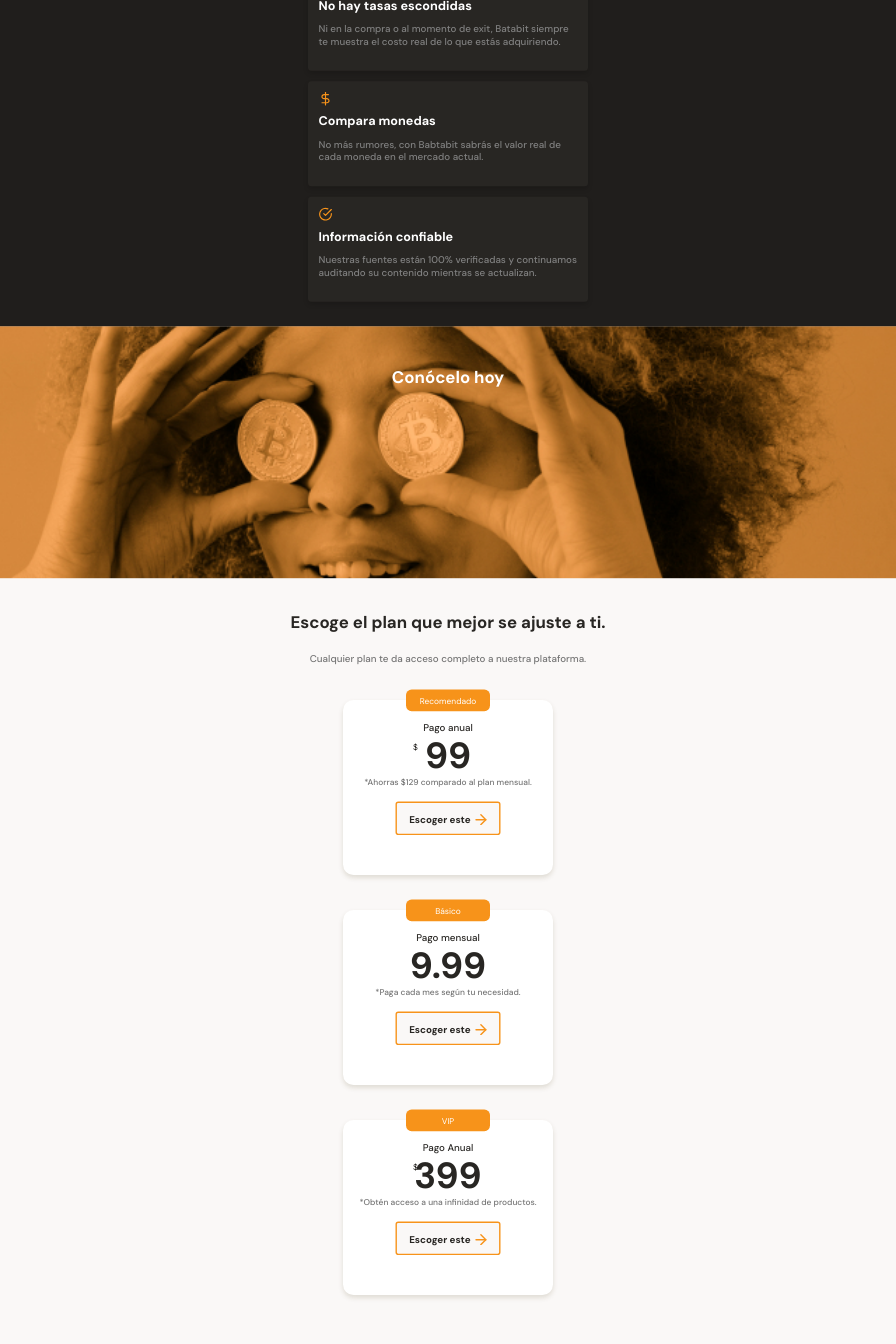
Repository: ChristianGecchelin/spa-full-css-html
Page: index.html
The author's editor kept a copy of each file at every save. The page is drawn from the files as they stood at one save, then again after the next save.
The browser window is 1280 px wide. The pictures show the part of the page from y = 1860 to 3780 px (the page is 3780 px tall), at 70% of full size.

Above is the page before, as saved 2021-11-29 22:22:34.

After the next save:
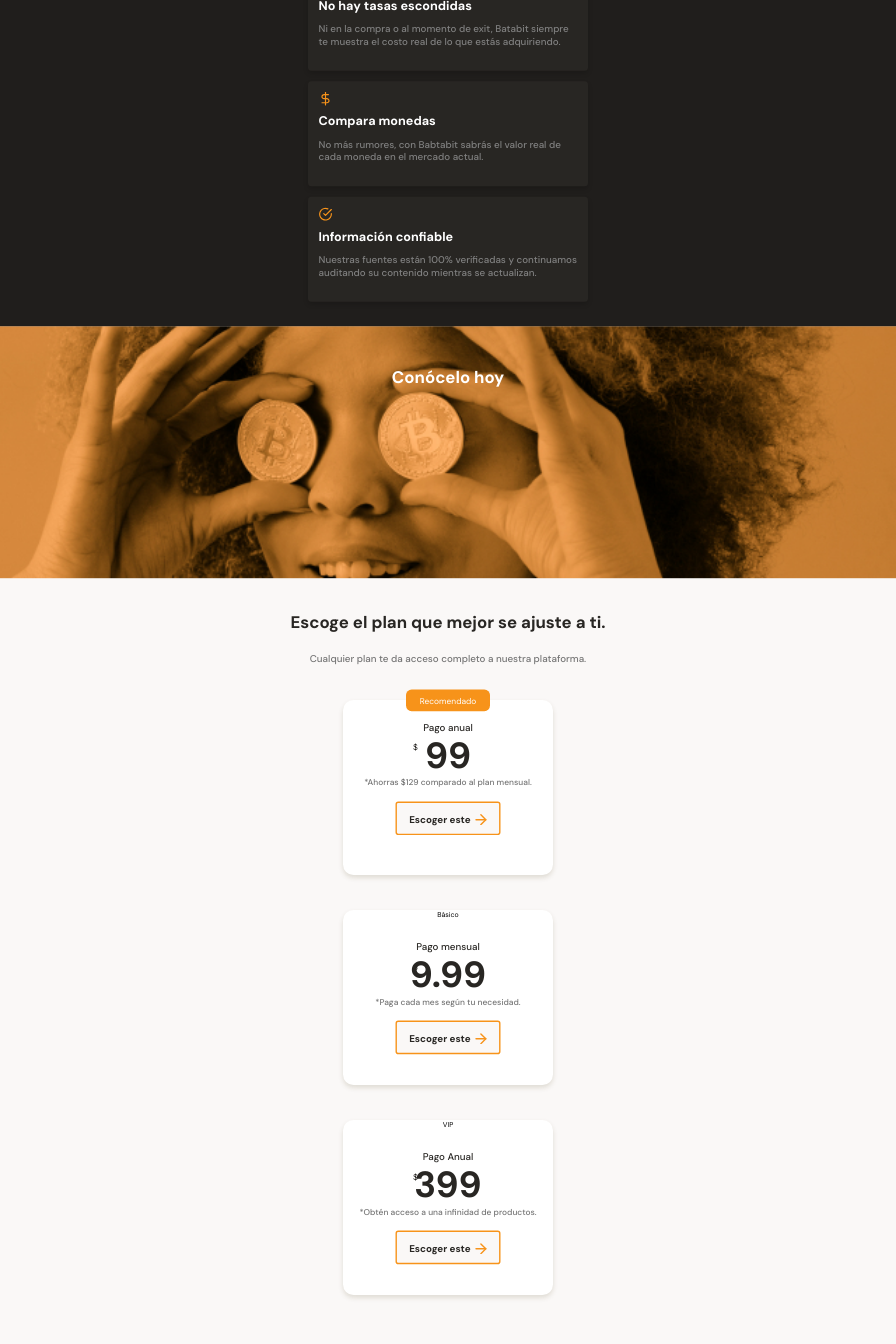
Saved 22 s later.
--- a/index.html
+++ b/index.html
@@ -165,7 +165,7 @@
             </div>
           </article>
           <article class="plans-container--card">
-            <p class="recomendado">Básico</p>
+            <p class="basico">Básico</p>
             <div class="plan-info-container">
               <h3 class="plan-card--title">Pago mensual</h3>
               <p class="plan-card--price"><span>$</span> 9.99</p>
@@ -176,7 +176,7 @@
             </div>
           </article>
           <article class="plans-container--card">
-            <p class="recomendado">VIP</p>
+            <p class="bip">VIP</p>
             <div class="plan-info-container">
               <h3 class="plan-card--title">Pago Anual</h3>
               <p class="plan-card--price"><span>$</span> 399</p>
